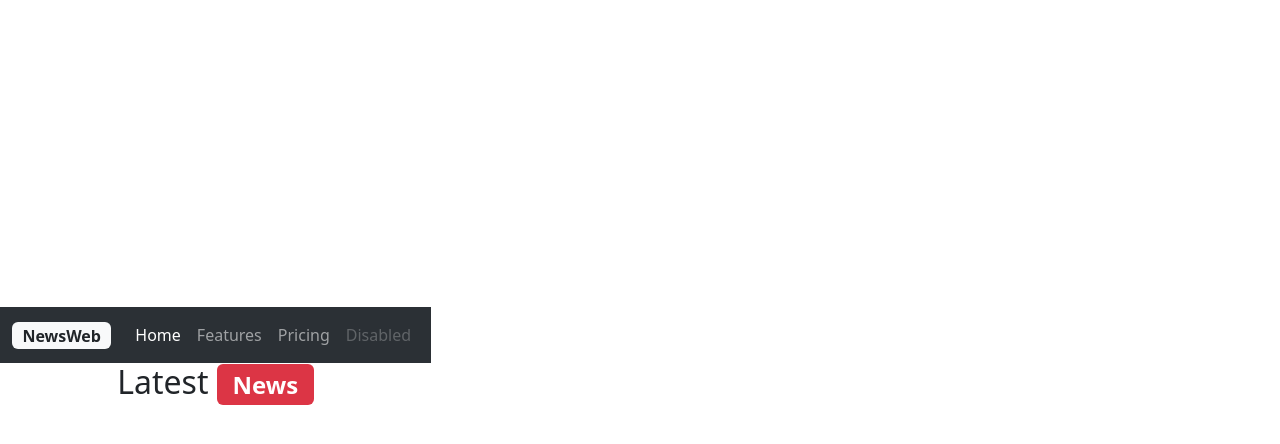
Repository: Abhilash2909/NewsWeb
Page: /
These files come from the project's save history. The page is drawn as it stood at one moment and after the next save; the edit follows.
The browser window is 1280 px wide. The pictures show the whole page.
The page's requests for data from a server got no answer. The project was rebuilt for these pictures with package versions that can differ from the ones it lists, and the page was loaded fresh each time. No one was signed in, and anything a server would have sent is missing. Also part of the build but not shown: vite.config.js, src/Components/NewsItem.jsx.

Above is the page before, as saved 2024-05-22 00:16:01.

After the next save:
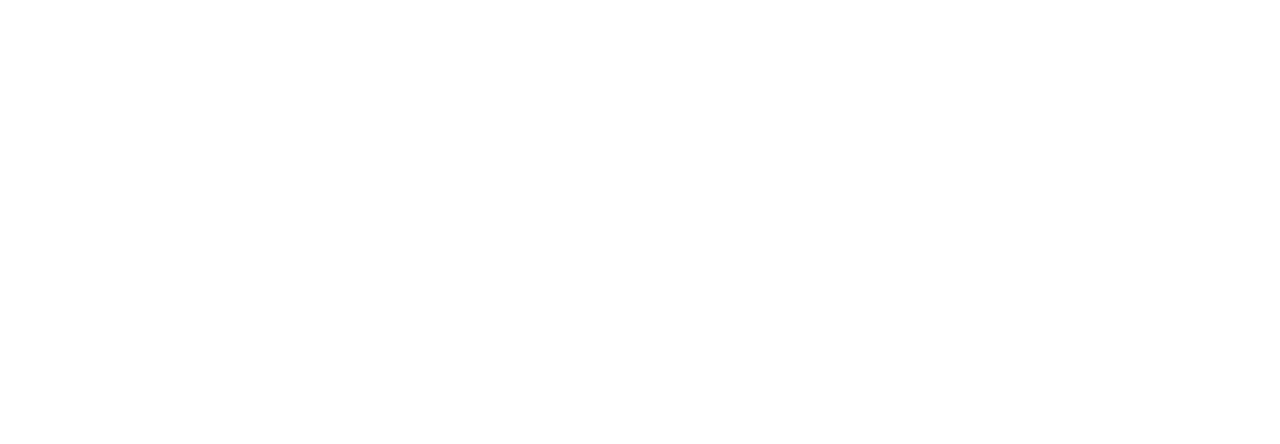
Console error (its wording comes from the project's code and is left out).
Saved 118 s later.
--- a/src/App.jsx
+++ b/src/App.jsx
@@ -1,12 +1,13 @@
+import { useEffect } from "react"
 import Navbar from "./Components/Navbar"
 import NewsBoard from "./Components/NewsBoard"
 
 const App = () => {
-
+  const [category, setCategory] = useEffect("general")
   return (
     <div>
-      <Navbar/>
-      <NewsBoard/>
+      <Navbar setCategory={setCategory}/>
+      <NewsBoard Category={category}/>
     </div>
   )
 }

After the save that followed:
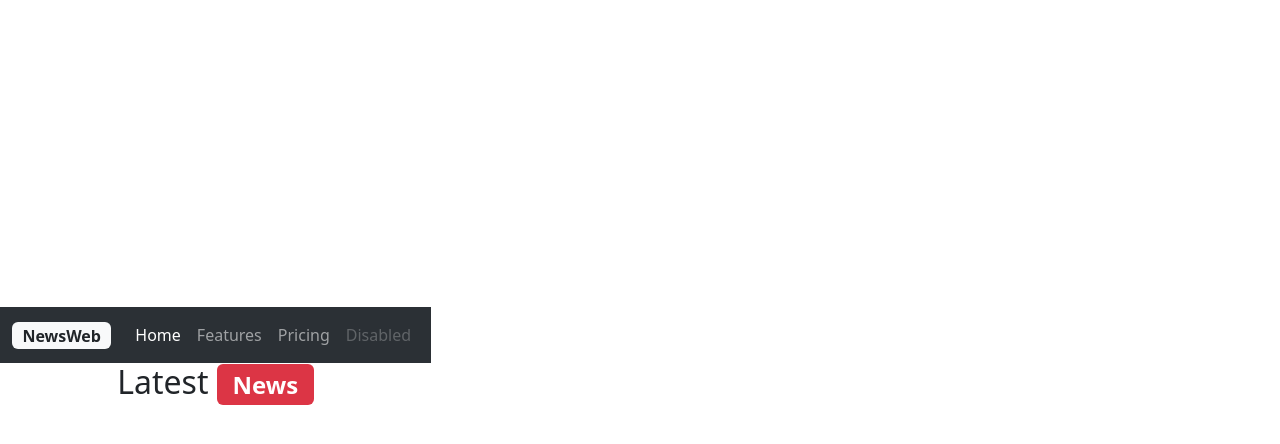
The error is gone.
Saved 53 s later.
--- a/src/App.jsx
+++ b/src/App.jsx
@@ -1,9 +1,9 @@
-import { useEffect } from "react"
+import { useState } from "react"
 import Navbar from "./Components/Navbar"
 import NewsBoard from "./Components/NewsBoard"
 
 const App = () => {
-  const [category, setCategory] = useEffect("general")
+  const [category, setCategory] = useState("general")
   return (
     <div>
       <Navbar setCategory={setCategory}/>
